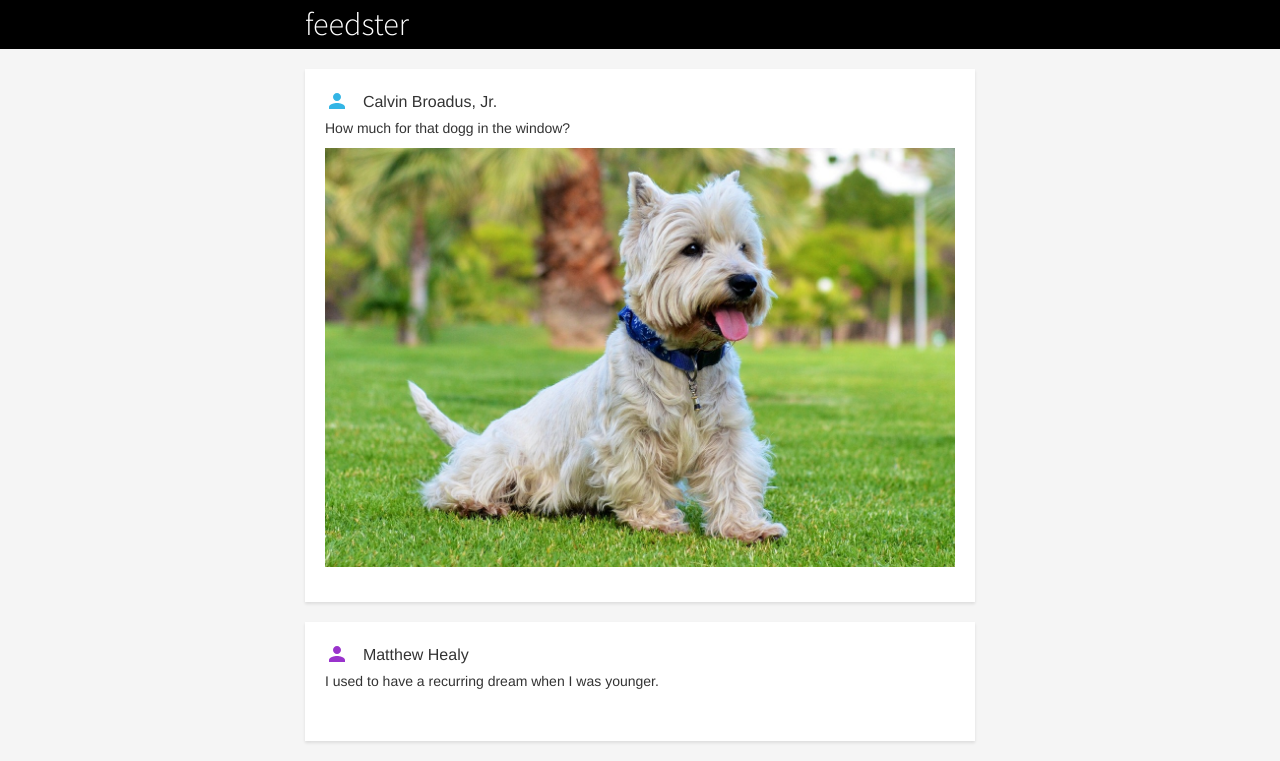
Repository: tonehoeft/codecademy-feedster
Page: index.html
The author's editor kept a record of every edit. The page is drawn from the files as they stood at one moment, then again after the next edit.
The browser window is 1280 px wide. The pictures show the whole page.
Some web libraries are served in a nearby version.

Above is the page before.

After the next edit:
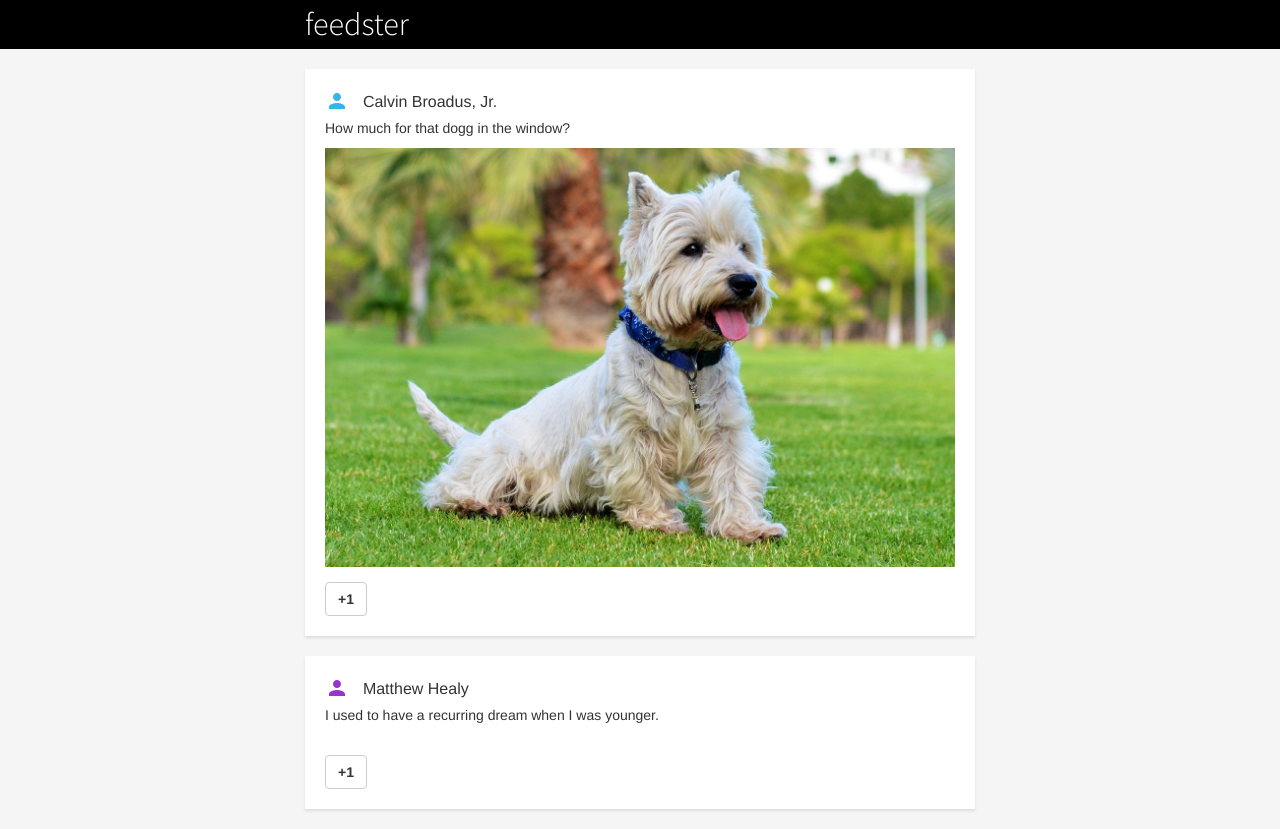
The edit:
--- a/index.html
+++ b/index.html
@@ -24,6 +24,7 @@
 
         <div class="post" ng-repeat="post in posts">
           <feedster-post post="post"></feedster-post>
+          <plus-one></plus-one>
         </div>
 
       </div>
